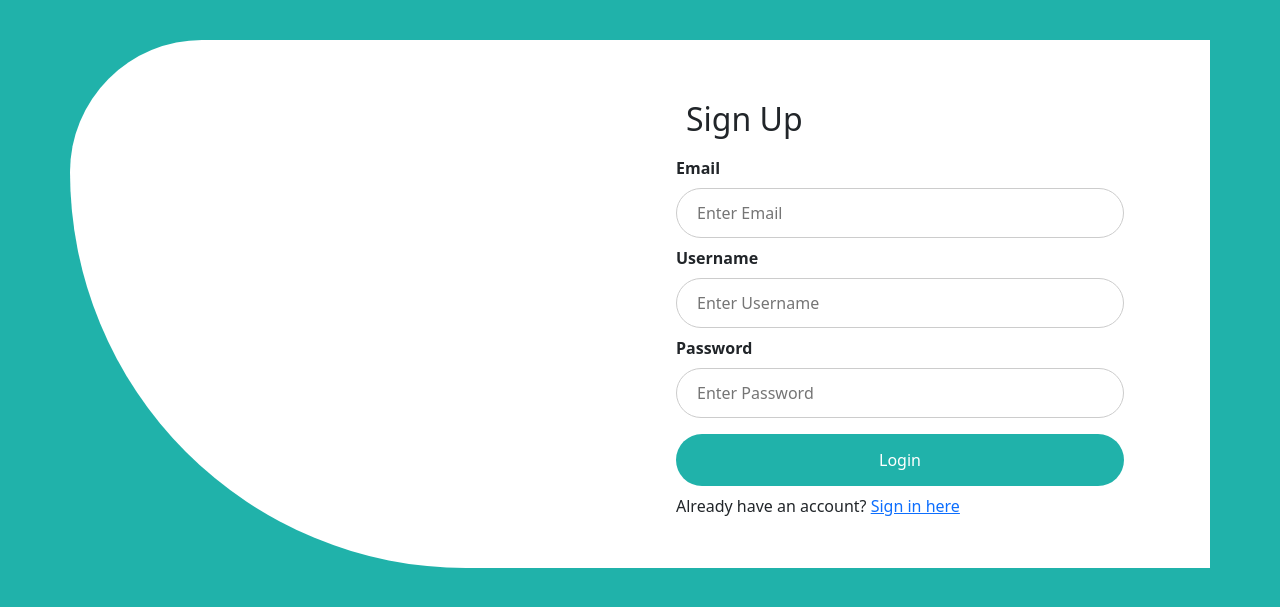
Repository: Sadia-Naveed-Shaikh/JavaScript-Website
Page: SignUp.html
An editor plug-in stored every save of this project. The page is shown before and after the next save, followed by the edit.
The browser window is 1280 px wide. The pictures show the whole page.

Above is the page before, as saved 2021-10-27 15:16:09.

### SignUp.html
<!DOCTYPE html>
<html>

<head>
    <meta charset="utf-8">
    <meta name="viewport" content="width=device-width, initial-scale=1.0">
    <title>Signup</title>
    <link href="https://cdn.jsdelivr.net/npm/bootstrap@5.1.3/dist/css/bootstrap.min.css" rel="stylesheet"
        integrity="sha384-1BmE4kWBq78iYhFldvKuhfTAU6auU8tT94WrHftjDbrCEXSU1oBoqyl2QvZ6jIW3" crossorigin="anonymous">
    <!-- <link rel="stylesheet" href="assets/css/style.css"> -->


    <style>
        body {
            background-color: #20b2aa;
        }

        .SignupContainer {
            position: absolute;
            width: 800px;
            height: 500px;
            left: 300px;
            top: 50px;
            background-color: white;
            border-radius: 20px;
            border-top-left-radius: 100px;
            border-bottom-right-radius: 100px;
        }

        .loginImg {
            /* top: 300px;
            left: 50px;
            border-top-left-radius: 20px; */
        }

        input[type=text],
        input[type=password] {
            width: 100%;
            padding: 12px 20px;
            margin: 8px 0;
            display: inline-block;
            border: 1px solid #ccc;
            box-sizing: border-box;
            border-radius: 30px;
        }

        button {
            background-color: #20b2aa;
            color: white;
            padding: 14px 20px;
            margin: 8px 0;
            border: none;
            cursor: pointer;
            width: 100%;
            border-radius: 30px;
        }

        button:hover {
            opacity: 0.8;
        }

        .row{
            background-color: white;
            border-bottom-left-radius: 600px;
            border-top-left-radius: 200px;
            padding: 50px;
            margin-top:40px;
        }
    </style>
</head>

<body>
    <div class="container">
            <div class=row>
                <div class="col-sm-6" >
                </div>

                <div class="col-sm-6">
                    <form action="/action_page.php" method="post">
                        <div class="container">
                            <h2 style="padding:10px; justify-content:center; align-items:center">Sign Up</h2>
                            <label for="email"><b>Email</b></label>
                            <input type="text" placeholder="Enter Email" name="email" required>
                            <label for="uname"><b>Username</b></label>
                            <input type="text" placeholder="Enter Username" name="uname" required>
                            <label for="psw"><b>Password</b></label>
                            <input type="password" placeholder="Enter Password" name="psw" required>
                            <button type="submit">Login</button>
                            <label>
                                Already have an account? <a href="login.html">Sign in here</a>

                            </label>
                        </div>
                    </form>


                </div>

        </div>
    </div>




</body>

</html>

After the next save:
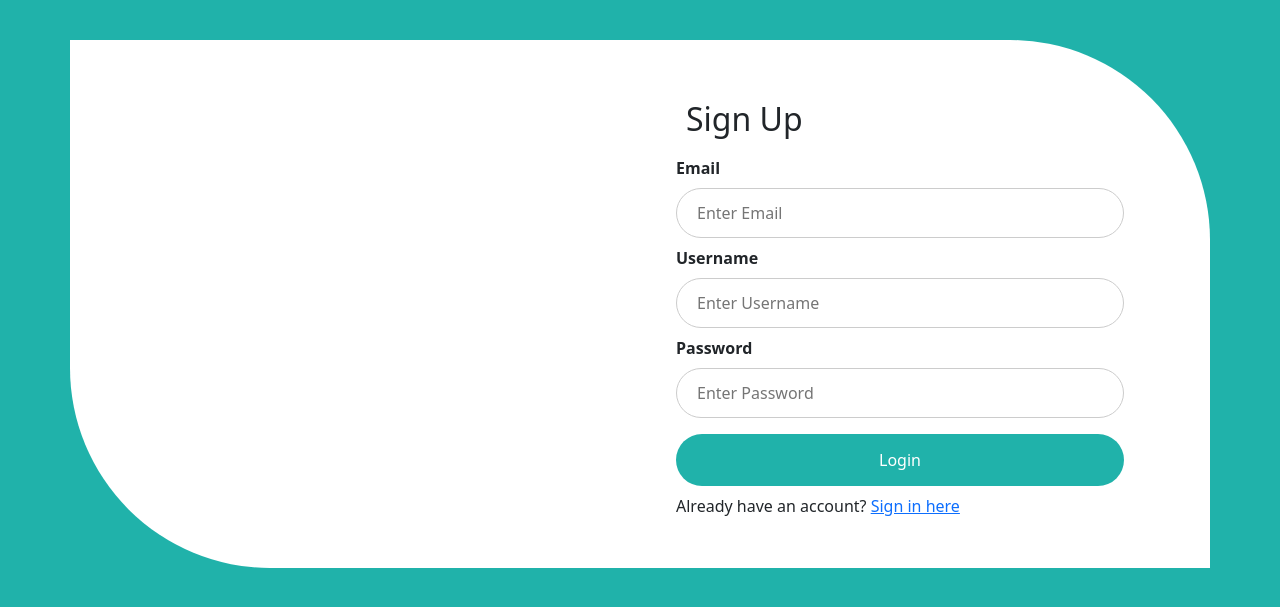
Saved 16 s later.
--- a/SignUp.html
+++ b/SignUp.html
@@ -61,8 +61,8 @@
 
         .row{
             background-color: white;
-            border-bottom-left-radius: 600px;
-            border-top-left-radius: 200px;
+            border-bottom-left-radius: 200px;
+            border-top-right-radius: 200px;
             padding: 50px;
             margin-top:40px;
         }
